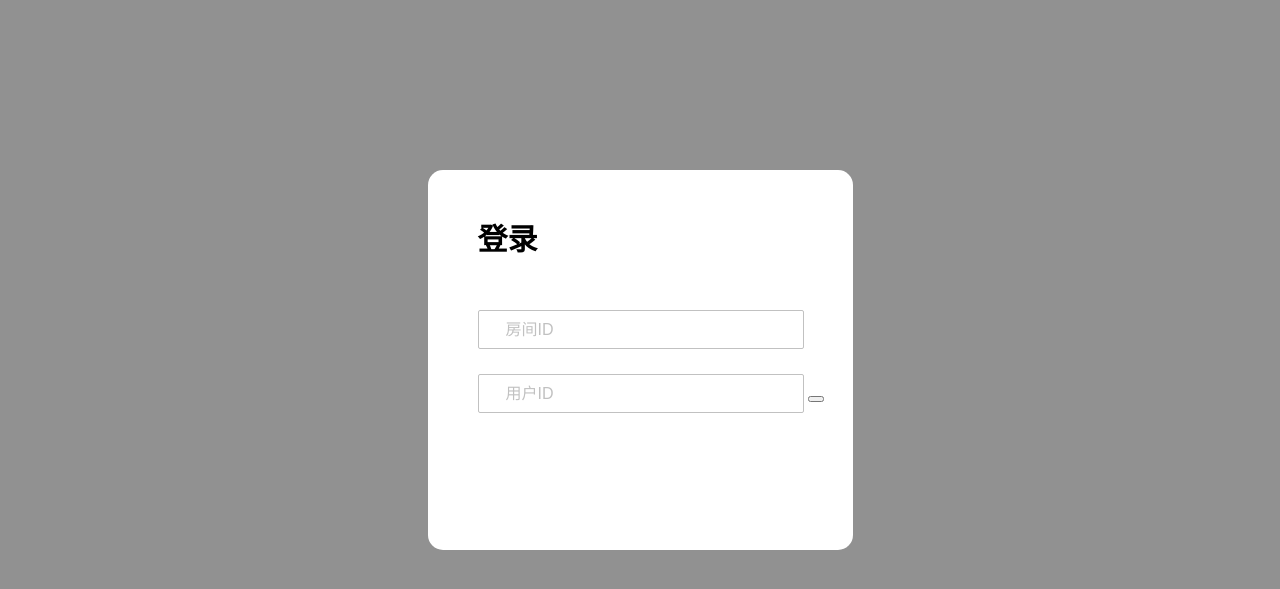
Repository: sjtu-course/homework
Page: GongZening/Week2/Web/LoginPage.html
These files come from the project's save history. The page is drawn as it stood at one moment and after the next save; the edit follows.
The browser window is 1280 px wide. The pictures show the whole page.

Above is the page before, as saved 2020-11-07 17:15:20.

After the next save:
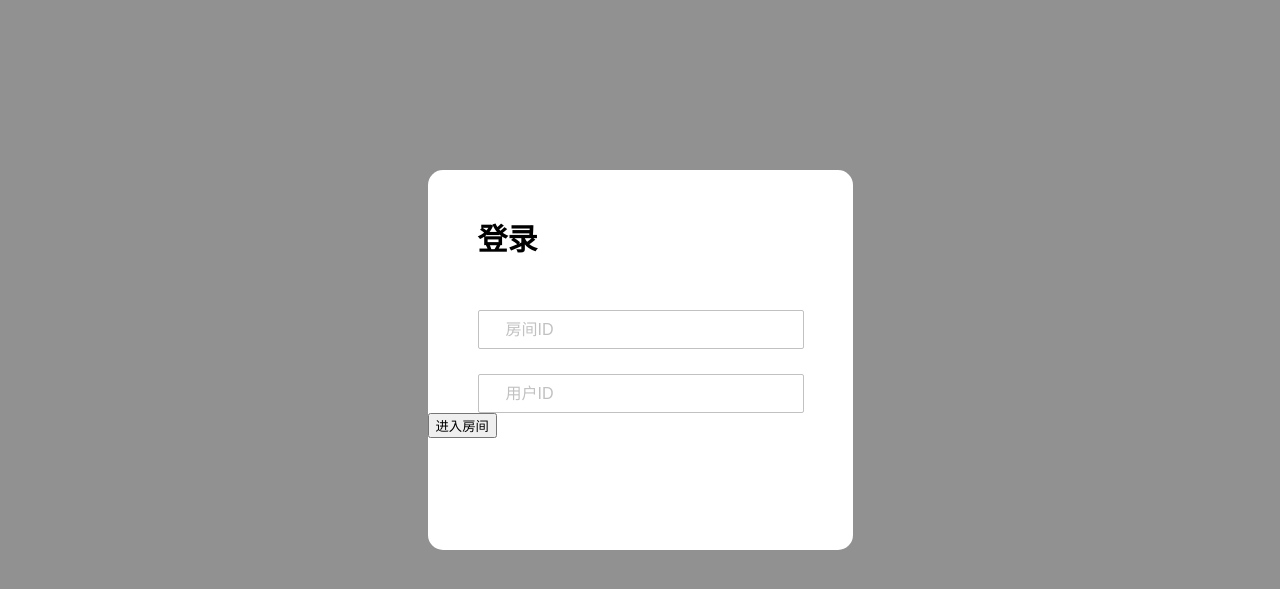
Saved 72 s later.
--- a/GongZening/Week2/Web/LoginPage.html
+++ b/GongZening/Week2/Web/LoginPage.html
@@ -20,7 +20,7 @@
             <h1 id="login">登录</h1>
             <input type="text" class="edit_text" placeholder="房间ID" style="margin-top: 45px;">
             <input type="text" class="edit_text" placeholder="用户ID" style="margin-top: 25px;">
-            <button type="button"></button>
+            <button class="button">进入房间</button>
         </div>
     </body>
 </html>
